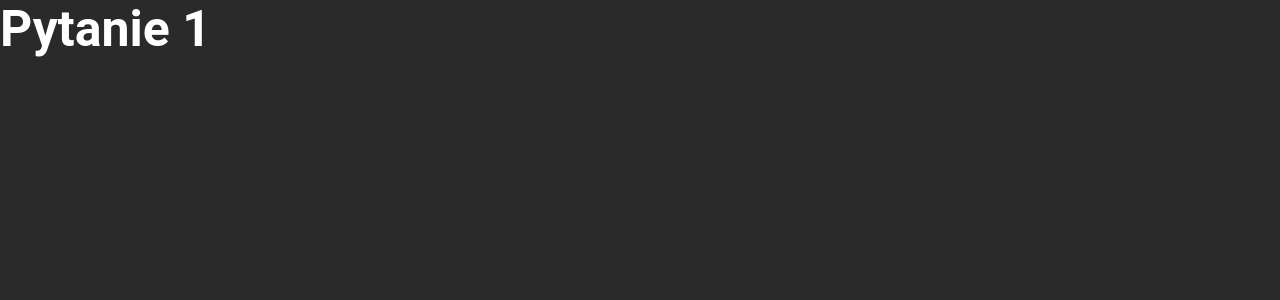
Repository: BaczkiewiczDawid/weatherApp
Page: index.html
These files come from the project's save history. The page is drawn as it stood at one moment and after a run of saves; the edit follows.
The browser window is 1280 px wide. The pictures show the whole page.

Above is the page before, as saved 2020-02-22 18:28:06.

After the next 3 saves:
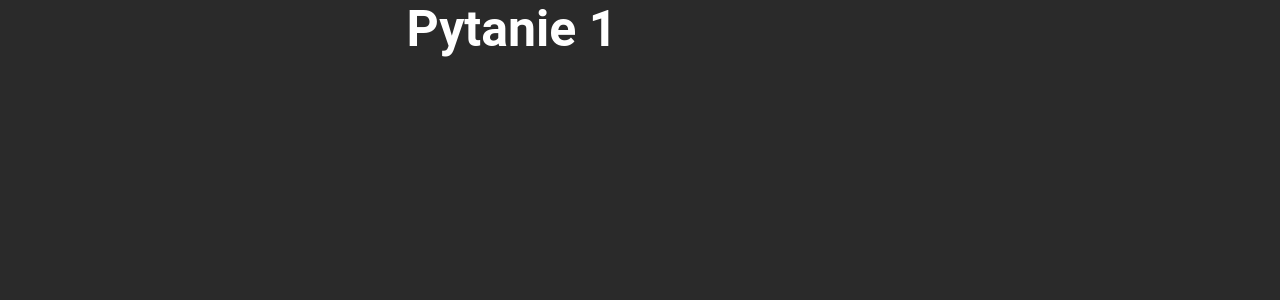
The 3 saves are shown as one change because they came seconds apart.
The last was saved 12 s later.
--- a/style.css
+++ b/style.css
@@ -10,4 +10,7 @@
 h1 {
     color: white;
     font-size: 50px;
+    width: 80%;
+    display: flex;
+    justify-content: center;
 }

After the save that followed:
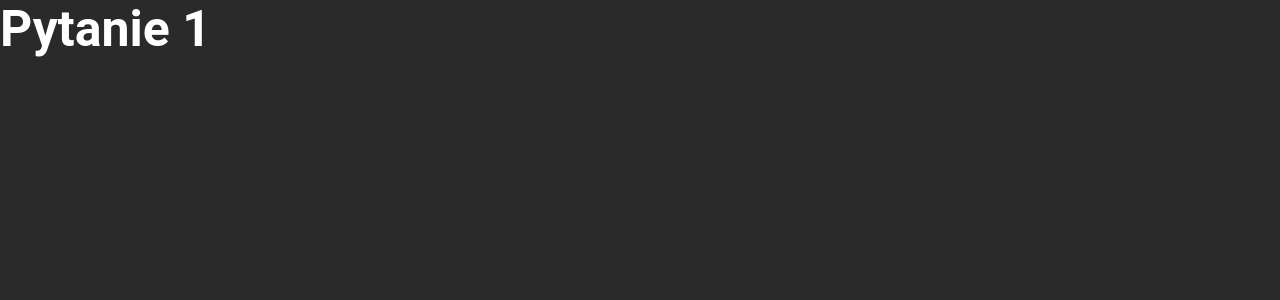
Saved 8 s later.
--- a/style.css
+++ b/style.css
@@ -12,5 +12,5 @@
     font-size: 50px;
     width: 80%;
     display: flex;
-    justify-content: center;
+    align-items: center;
 }
